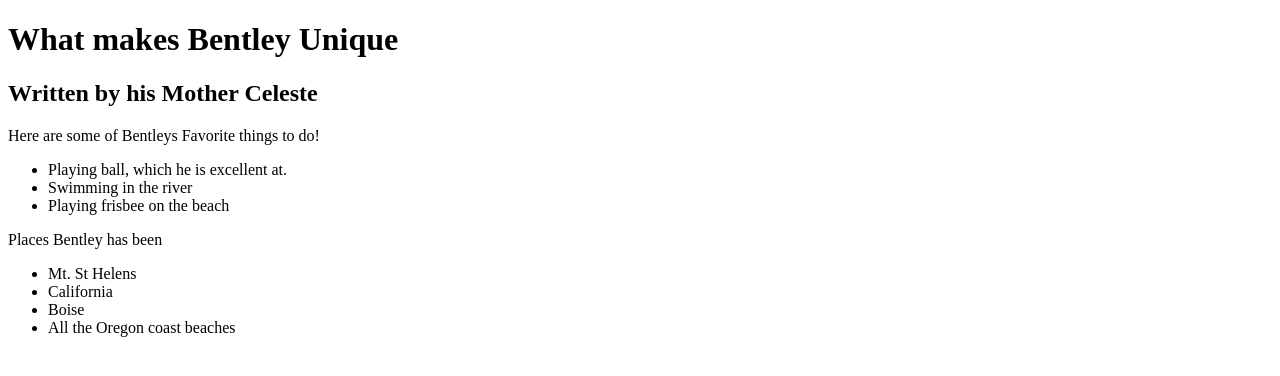
Repository: fieldceleste/bentley-boy
Page: bentley-boy.html
These files come from the project's save history. The page is drawn as it stood at one moment and after the next save; the edit follows.
The browser window is 1280 px wide. The pictures show the whole page.

Above is the page before, as saved 2019-10-22 22:14:05.

After the next save:
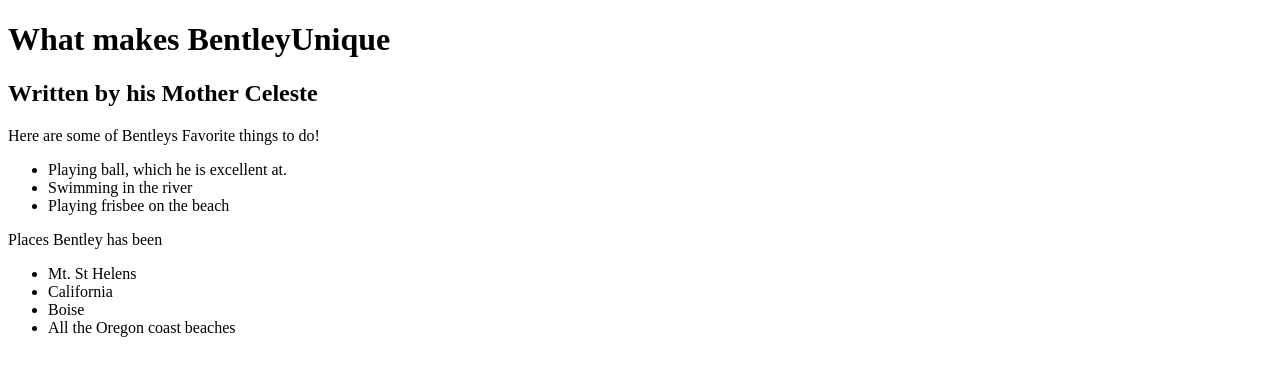
Saved 21 h 18 min later.
--- a/bentley-boy.html
+++ b/bentley-boy.html
@@ -4,7 +4,7 @@
     <title>My dog Bentley</title>
   </head>
   <body>
-    <h1>What makes Bentley Unique</h1>
+    <h1>What makes <strong>Bentley</strong>Unique</h1>
     <h2>Written by his Mother Celeste</h2>
     <p>Here are some of Bentleys Favorite things to do!</p>
     <ul>
